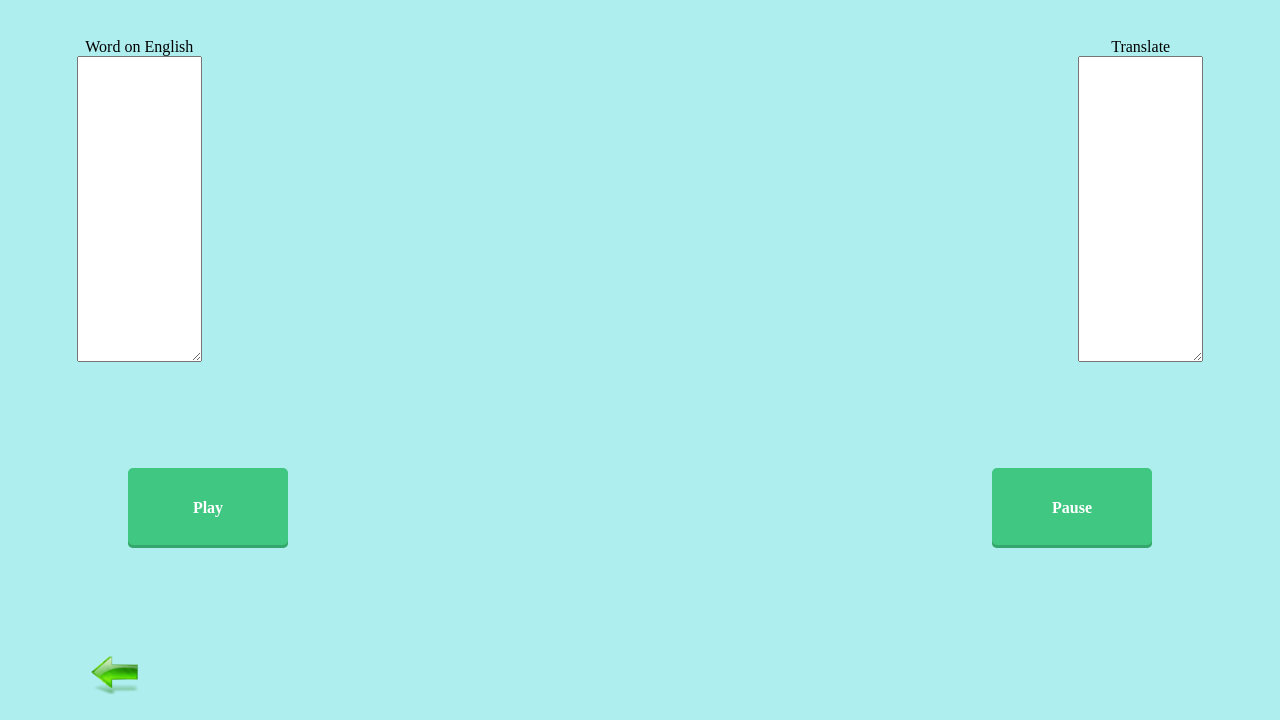
Repository: Artem-Brunov/msu_prac
Page: workspace/BasicUI/FastPlay.html
These files come from the project's save history. The page is drawn as it stood at one moment and after the next save; the edit follows.
The browser window is 1280 px wide. The pictures show the whole page.
Some web libraries are served in a nearby version.

Above is the page before, as saved 2017-11-20 23:58:21.

### workspace/BasicUI/FastPlay.html
<!DOCTYPE html>
<html>
<head>
    <meta charset="utf-8" />
    <meta name="viewport" content="width=device-width, initial-scale=1.0, maximum-scale=1.0">
    <meta name="description" content="Tizen Mobile Web Basic Template" />

    <title>Tizen Mobile Web Basic Application</title>

	<link rel="stylesheet" type="text/css" href="css/style.css" />
    <link rel="stylesheet" type="text/css" href="css/NewPlaylist.css" />
    <script src = "js/FastPlay.js"></script>
    <script src = "https://ajax.googleapis.com/ajax/libs/jquery/1.10.2/jquery.min.js"></script>
</head>
<body>
	<div class = "take_1">
		<form name = "Eng">

  			<p align = "center">Word on English<br>
  				<textarea cols = "13" rows = "20" wrap = "hard" name = "EngW"></textarea>
  			</p>
  		</form>
  	</div>
  	<div class = take_2>
  		<form name = "Trnslt">
  			<p align = "center">Translate<br>
  				<textarea cols = "13" rows = "20" wrap = "hard" name = "Transl"></textarea>
  			</p>
 		</form>
 	</div>
	<div class = "FP">
		<a href = "#" onClick = "Play()" class = "first_button">Play</a>
	</div>
	<div class = "FP_2">
		<a href = "#" onClick = "Play(0)" class = "first_button">Pause</a>
	</div>
	<div class = "BBack">
			<a href = "index.html"><img src="images/Back.png" width="50"
  height="50" alt="One step back"></a>
		</div>
</body>
</html>

### workspace/BasicUI/css/style.css
html,
body {
    width: 100%;
    height: 100%;
    margin: 0 auto;
    padding: 0;
    background: PaleTurquoise;
 }
 .titl{

 	position: absolute;
 	left: 25.5%;
 	top: 10%;
 	color: Gray;
 }
 a.first_button {

	display: block;
	width: 160px;
	height: 80px;
  	line-height: 5em;
	border-radius: 5px;
 	background: rgb(64,199,129);
	box-shadow: 0 -3px rgb(53,167,110) inset;
	font-weight: 900;
  	color: white;
  	text-align: center;
  	text-decoration: none;
  	transition: 0.2s;
}
a.first_button:hover { background: rgb(53, 167, 110); }
a.first_button:active {
  background: rgb(33,147,90);
  box-shadow: 0 3px rgb(33,147,90) inset;
}
.New {
	position: absolute;
  	top: 47%;
  	left: 28%;

}
.Select {
	position: absolute;
  	top: 64%;
  	left: 28%;

}
.FastPlay {
	position: absolute;
  	top: 30%;
  	left: 28%;

}

### workspace/BasicUI/css/NewPlaylist.css
.Return {
	position: absolute;
  	top: 24%;
  	left:50%;

}
.Add {
	position: absolute;
  	top: 4%;
  	left: 50%;
}
.BBack{
	position: absolute;
  	top: 90%;
  	left: 7%;
}
.Settings{
	position: absolute;
	left: 18%;
	top: 10%;
 	color: Gray;
}
.take_1{
	position: absolute;
	left: 6%;
	top: 3%;
}
.take_2{
	position: absolute;
	right: 6%;
	top: 3%;
}
.FP{
	position: absolute;
	left: 10%;
	top: 65%;
}
.FP_2{
	position: absolute;
	right: 10%;
	top: 65%;
}

### workspace/BasicUI/js/FastPlay.js
function Play(){
	var word_list = [];
	var translate_list = [];
	var msg, trnslt;
	word_list = document.forms["Eng"].elements["EngW"].value.split("\n");
	translate_list = document.forms["Trnslt"].elements["Transl"].value.split("\n");


	for(var i = 0; i < word_list.length; i++)
	{
		msg = new SpeechSynthesisUtterance(word_list[i]);
		trnslt = new SpeechSynthesisUtterance(translate_list[i]);
		msg.lang = 'en-US';
		window.speechSynthesis.speak(msg);
		window.speechSynthesis.speak(trnslt);
	}
}

After the next save:
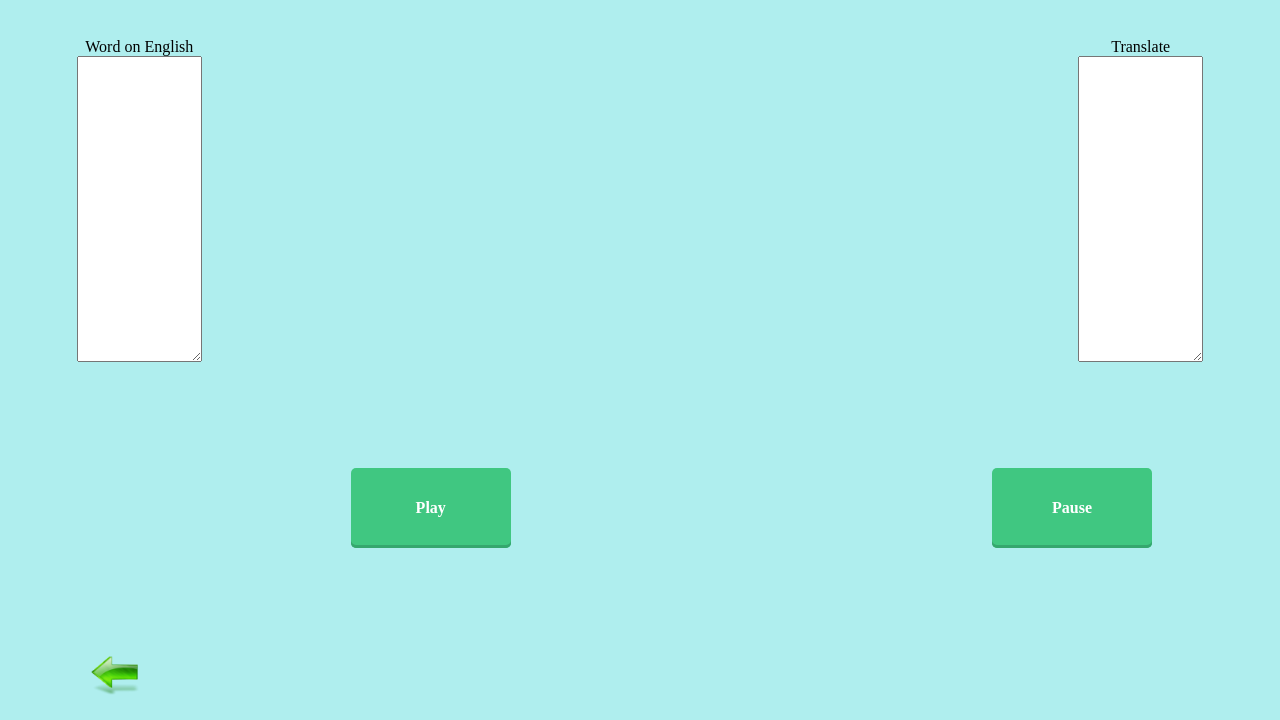
Saved 19 s later.
--- a/workspace/BasicUI/css/NewPlaylist.css
+++ b/workspace/BasicUI/css/NewPlaylist.css
@@ -32,7 +32,7 @@
 }
 .FP{
 	position: absolute;
-	left: 10%;
+	left: 27.4%;
 	top: 65%;
 }
 .FP_2{
